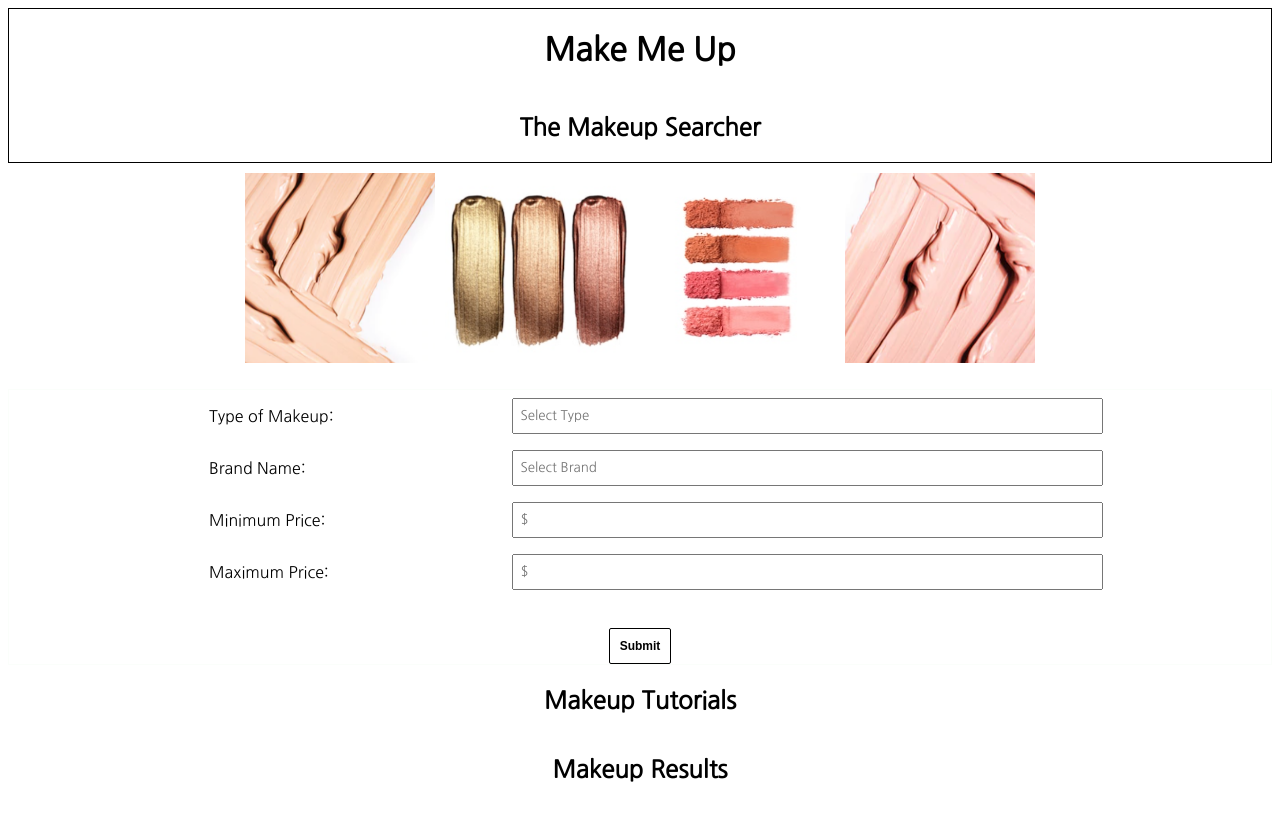
Repository: kaitlynMidori/MakeMeUp
Page: index.html
The author's editor kept a copy of each file at every save. The page is drawn from the files as they stood at one save, then again after the next save.
The browser window is 1280 px wide. The pictures show the whole page.

Above is the page before, as saved 2020-12-13 16:57:48.

### index.html
<!DOCTYPE html>
<html lang="en">

<head>
    <meta charset="utf-8">
    <meta name="viewport" content="width=device-width">
    <title>Make Me Up</title>
    <link href="style.css" rel="stylesheet" type="text/css" />
    <link rel="preconnect" href="https://fonts.gstatic.com">
    <link href="https://fonts.googleapis.com/css2?family=Nanum+Gothic&display=swap" rel="stylesheet">
</head>

<body>

    <header>
        <h1>Make Me Up</h1>
        <h2>The Makeup Searcher</h2>
    </header>

    <div id="img-container" class="img" style="padding: 5px;">
        <img src="images/smear1.png" alt="eyeshadow smear" height="200" width="200" style="padding: 5px;">
        <img src="images/smear2.png" alt="lipstick smear" height="200" width="200" style="padding: 5px;">
        <img src="images/smear4.jpg" alt="concealer smear" height="200" width="200" style="padding: 5px;">
        <img src="images/smear3.png" alt="blush smear" height="200" width="200" style="padding: 5px;">
    </div>

    <div class="form-container">
        <form id="js-form">
            <ul class="formWrapper">
                <li class= "form-row">
                    <label class="search-term" for="product-type">Type of Makeup:</label>
                    <input class="product-type input" type="text" name="product-type" id="product-type" placeholder="Select Type" list="product-type-list">
                    <datalist id="product-type-list">
                        <option value="Blush">
                        <option value="Bronzer">
                        <option value="Eyebrow">
                        <option value="Eyeliner">
                        <option value="Eyeshadow">
                        <option value="Foundation">
                        <option value="Lip Liner">
                        <option value="Lipstick">
                        <option value="Mascara">
                        <option value="Nail Polish">
                    </datalist>
                </li>

                <li class="form-row">
                    <label class="search-term" for="brand">Brand Name:</label>
                    <input class="brand input" type="text" name="brand" id="brand" placeholder="Select Brand" list="brand-list">
                    <datalist id="brand-list">
                        <option value="Almay">
                        <option value="Alva">
                        <option value="Anna Sui">
                        <option value="Annabelle">
                        <option value="Benefit">
                        <option value="Boosh">
                        <option value="Burt's Bees">
                        <option value="Butter London">
                        <option value="C'est Moi">
                        <option value="Cargo Cosmetics">
                        <option value="China Glaze">
                        <option value="Clinique">
                        <option value="Coastal Classic Creation">
                        <option value="Colourpop">
                        <option value="Covergirl">
                        <option value="Dalish">
                        <option value="Deciem">
                        <option value="Dior">
                        <option value="Dr. Hauschka">
                        <option value="e.l.f">
                        <option value="Essie">
                        <option value="Fenty">
                        <option value="Glossier">
                        <option value="Green People">
                        <option value="Iman">
                        <option value="L'oreal">
                        <option value="Lotus Cosmetics USA">
                        <option value="Maia's Mineral Galaxy">
                        <option value="Marcelle">
                        <option value="Marienatie">
                        <option value="Maybelline">
                        <option value="Milani">
                        <option value="Mineral Fusion">
                        <option value="Misa">
                        <option value="Mistura">
                        <option value="Moov">
                        <option value="Nudus">
                        <option value="NYX">
                        <option value="ORLY">
                        <option value="Pacifica">
                        <option value="Penny Lane Organics">
                        <option value="Physicians Formula">
                        <option value="Piggy Paint">
                        <option value="Pure Anada">
                        <option value="Rejuva Minerals">
                        <option value="Revlon">
                        <option value="Sally B's Skin Yummies">
                        <option value="Salon Perfect">
                        <option value="Sante">
                        <option value="Sinful Colours">
                        <option value="Smashbox">
                        <option value="Stila">
                        <option value="Suncoat">
                        <option value="w3llpeople">
                        <option value="wet n wild">
                        <option value="Zorah">
                        <option value="Zorah Biocosmetiques">
                    </datalist>
                </li>

                <li class="form-row">
                    <label class="search-term" for="min-price-input">Minimum Price:</label>
                    <input class="min-price input" type="number" name="min-price" id="min-price-input" placeholder="$">
                </li>

                <li class="form-row">
                    <label class="search-term" for="max-price-input">Maximum Price:</label>
                    <input class="max-price input" type="number" name="max-price" id="max-price-input" placeholder="$">
                </li>

                <li class="button">
                    <input id="submit-btn" type="submit" value="Submit">
                </li>

            </ul>
        </form>
    </div>

        <p id="js-error-message" class="error-message"></p>

        <section id="yt-results" class="hidden">
            <h2>Makeup Tutorials</h2>
            <ul id="yt-results-list">
            </ul>
        </section>
    <div id="results-container" class="hidden">
        <h2>Makeup Results</h2>
            <ul id="results-list">
            </ul>
    </div>

    <script src="https://code.jquery.com/jquery-3.3.1.js" integrity="sha256-2Kok7MbOyxpgUVvAk/HJ2jigOSYS2auK4Pfzbm7uH60=" crossorigin="anonymous"></script>
    <script src="script.js"></script>

</body>

</html>

### style.css
* {
    box-sizing: border-box;
}

hidden {
    display: none;
}

* {
    font-family: 'Nanum Gothic', sans-serif;
    color: black;
}

/* header styling */
header {
    display: flex;
    flex-direction: column;
    flex-wrap: nowrap;
    justify-content: center;
    background-color: white;
    border-style: solid;
    border-width: thin;
    border-color: black;
}

h1 {
    text-align: center;
}

h2 {
    flex: 2;
    text-align: center;
}

/* Body styling */
body {
    background-color: white;
    align-items: center;
    justify-content: center;
}

/* Image styling */

#img-container {
    display: flex;
    flex-direction: row;
    flex-wrap: nowrap;
    justify-content: center;
}

/* Form styling */
.formWrapper {
    background-color: white;
    list-style-type: none;
    padding: 0;
    border-style: solid;
    border-width: thin;
    border-color: #fbfefb;
}

.form-row {
    display: flex;
    justify-content: center;
    padding: .5em;
}

.form-row >label {
    padding: .5em 1em .5em 12em;
    flex: 1;
}

.form-row > input {
    margin-right: 12em;
    flex: 2;
}

.form-row > input,
.form-row > button {
    padding: .5em;
}

/* #submit-btn {
    background-color:blue;
    color: black;
    font-weight: bold;
    border: none;
} */

#submit-btn {
    max-width: 250px;
    display:flex;
    flex: 1;
    justify-content: center;
    margin-left: auto;
    margin-right: auto;
    margin-top: 30px;
	background-color:white;
	border-radius:2px;
	border:1px solid black;
	cursor:pointer;
	color:black;
	font-family:Arial;
	font-size:12px;
	font-weight:bold;
	padding:10px 10px 10px 10px;
	text-decoration:none;
}
/*
.button > input,
.button > button {
    padding: .5em;
    display: flex;
    justify-content: flex-end;
} */

/* results styling */


#results-list {
    display: flex;
    flex-wrap: wrap;
    justify-content: center;
    font-size: 12px;
}

.each-product-result {
    padding-left: 7px;
    list-style-type: none;
    background-color: white;
    border: lightgray;
    border-style: solid;
    border-width: thin;
    width: 200px;
}

.each-product-result > .product-name {
    display: block;
    margin-right: auto;
    margin-left: auto;
    font-size: 12px;
    width: 160px;
}

.each-product-result > .product-img {
    display: block;
    border: white;
    border-style: solid;
    border-width: thin;
    margin-left: auto;
    margin-right: auto;
    height: 150px;
    width: 150px;
}

.each-product-result > .product-price {
    font-style: italic;
}

.each-product-result > .product-description {
    font-size: 12px;
    font-weight: lighter;
    width: 180px;
}

/* YouTube video Styling */

#yt-results-list {
    display: flex;
    flex-wrap: wrap;
    justify-content: center;
    font-size: 12px;
}

.each-yt-result {
    padding-left: 7px;
    list-style-type: none;
    background-color: white;
    border: lightgray;
    border-style: solid;
    border-width: thin;
    width: 200px;
}

.each-yt-result > .yt-title {
    display: block;
    margin-left: auto;
    margin-left: auto;
}

.each-yt-result > .yt-description {
    font-size: 12px;
    width: 180px;
}

.each-yt-result > .yt-thumbnails {
    display: block;
    border: white;
    border-style: solid;
    border-width: thin;
    margin-left: auto;
    margin-right: auto;
    height: 130px;
    width: 150px;
}

### script.js
 'use strict';

const makeupURL = 'https://makeup-api.herokuapp.com/api/v1/products.json';

//format url
function formatQueryParams(params) {
    const queryItems = Object.keys(params)
        .map(key => `${encodeURIComponent(key)}=${encodeURIComponent(params[key])}`)
    return queryItems.join('&');
}

function getMakeUp(searchTerm, brand, minPrice, maxPrice) {
    const params = {
        product_type: searchTerm,
        brand: brand,
        price_greater_than: minPrice,
        price_less_than: maxPrice,
    };

    const queryString = formatQueryParams(params)
    const url = makeupURL + '?' + queryString;
    console.log(url);

    fetch(url)
        .then(response => {
            if (response.ok) {
                return response.json();
            }
            throw new Error(response.statusText);
        })
        .then(responseJson => displayResults(responseJson))
        .catch(err => {
            $('#js-error-message').text(`Something went wrong: ${err.message}`);
        });
}

function displayResults(responseJson) {
    // if there are previous results, remove them
    console.log(responseJson);
    $('#results-list').empty();

    //if there are no results, display a msg
    if (!Object.keys(responseJson).length) {
        $('#results-list').append(`<h2>Sorry, No Products Found For That Make-Up and/or Brand</h2>`);
    }
    // iterate through the items array
    for (let i = 0; i < responseJson.length; i++) {

        // for each makeup object in the items array, add a list item to the results
        //list with the full name, img, price, description, url
        $('#results-list').append(
            `<li class="each-product-result">
      <h3 class="product-name">${responseJson[i].name}</h3>
      <img class="product-img" src="${responseJson[i].image_link}">

      <br>

      <p class="product-price">$${responseJson[i].price}</p>
      <p class="product-description">${responseJson[i].description}</p>
      </li>`
        )
    };

    //display the results section
    $('#results').removeClass('hidden');

    //clear input after results load
    $('#product-type').val('')
    $('#brand').val('')
    $('#min-price-input').val('');
    $('#max-price-input').val('');
};

// *****************Youtube video portion**************************************

const youtubeURL = 'https://www.googleapis.com/youtube/v3/search';

function getYoutubeVideo(searchTerm, brand) {
 const params = {
    part:'snippet',
    key:'AIzaSyDLTkOknlkbRK8xtwwM4HzWWfjG2awJktI',
    q: searchTerm + brand + ' makeup',
    maxResults: 6,
    type: 'video',
    order: 'Relevance',
    safeSearch: 'strict',
    relevanceLanguage: 'en'
  };

  const queryString = formatQueryParams(params)
  const url = youtubeURL + '?' + queryString;
  console.log(url);

  fetch(url)
    .then(response => {
      if (response.ok) {
        return response.json();
      }
      throw new Error(response.statusText);
    })
    .then(responseJson => displayYoutubeResults(responseJson))
    .catch(err => {
      $('#js-error-message').text(`Something went wrong: ${err.message}`);
    });
}

function displayYoutubeResults(responseJson) {
  console.log(responseJson);

  $('#yt-results-list').empty();

  if(!Object.keys(responseJson.items).length){
    $('#yt-results-list').append(`<h2>Sorry, No Videos Found For That Make-Up and/or Brand</h2>`);
  }

  for (let i = 0; i < responseJson.items.length; i++){
    $('#yt-results-list').append(
      `<li class= "each-yt-result">
      <a href="https://www.youtube.com/watch?v=${responseJson.items[i].id.videoId}?vq=hd1080" target=_blank>
        <h3>${responseJson.items[i].snippet.title} class="yt-title"</h3>
      </a>
      <a href="https://www.youtube.com/watch?v=${responseJson.items[i].id.videoId}?vq=hd1080" class= "yt-thumbnails" target=_blank>
        <img src="${responseJson.items[i].snippet.thumbnails.default.url}">
      </a>

      <p>Channel: <a href="https://www.youtube.com/channel/${responseJson.items[i].snippet.channelId}" class="yt-channel" target=_blank>${responseJson.items[i].snippet.channelTitle}</a></p>

      <p>${responseJson.items[i].snippet.description}</p>

      </li>`)
  };

  $('#yt-results').removeClass('hidden');
};

//watch form
//prevent submit btn default
//collect values for user input
function watchForm() {
    $('form').submit(event => {
        event.preventDefault();
        const searchTerm = $('#product-type').val();
        const brand = $('#brand').val();
        const minPrice = $('#min-price-input').val();
        const maxPrice = $('#max-price-input').val();
        getMakeUp(searchTerm, brand, minPrice, maxPrice);
        getYoutubeVideo(searchTerm, brand);
    });
}

$(watchForm);

After the next save:
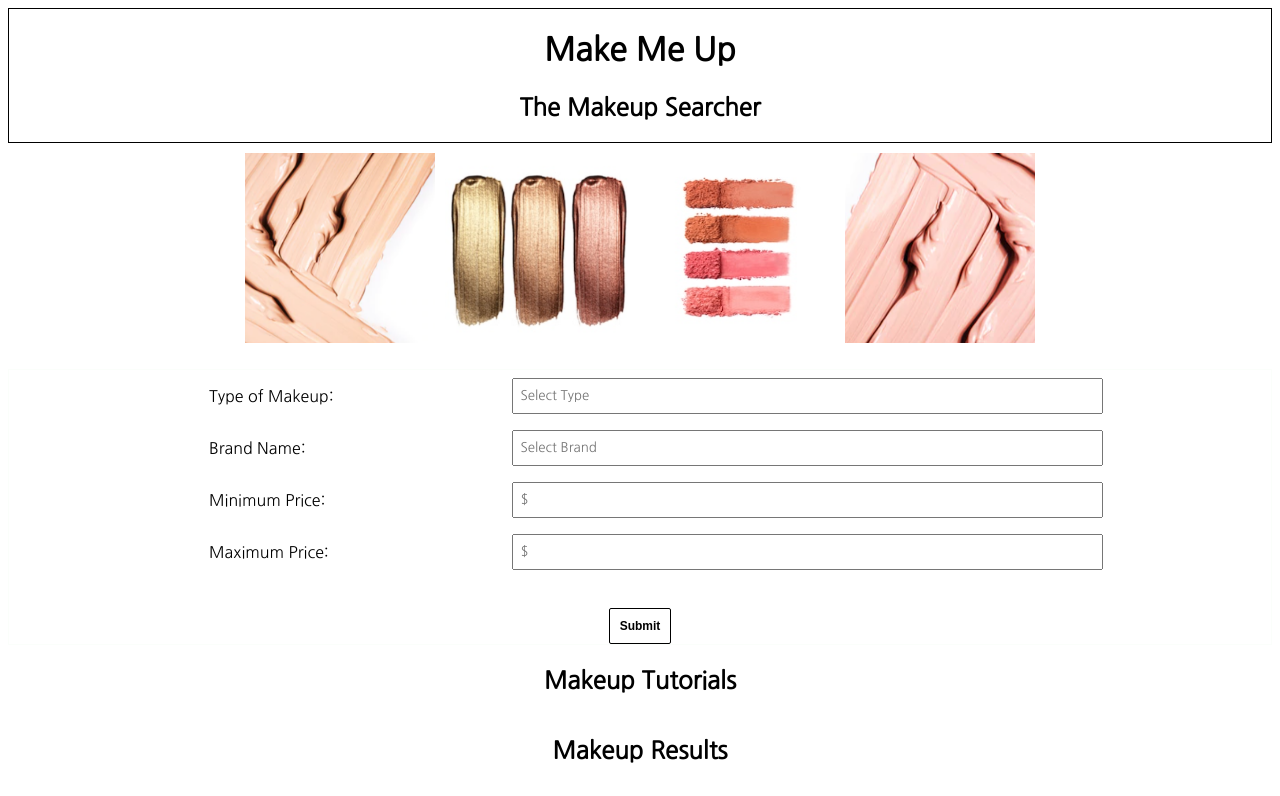
Saved 8 s later.
--- a/style.css
+++ b/style.css
@@ -13,10 +13,6 @@ hidden {
 
 /* header styling */
 header {
-    display: flex;
-    flex-direction: column;
-    flex-wrap: nowrap;
-    justify-content: center;
     background-color: white;
     border-style: solid;
     border-width: thin;
